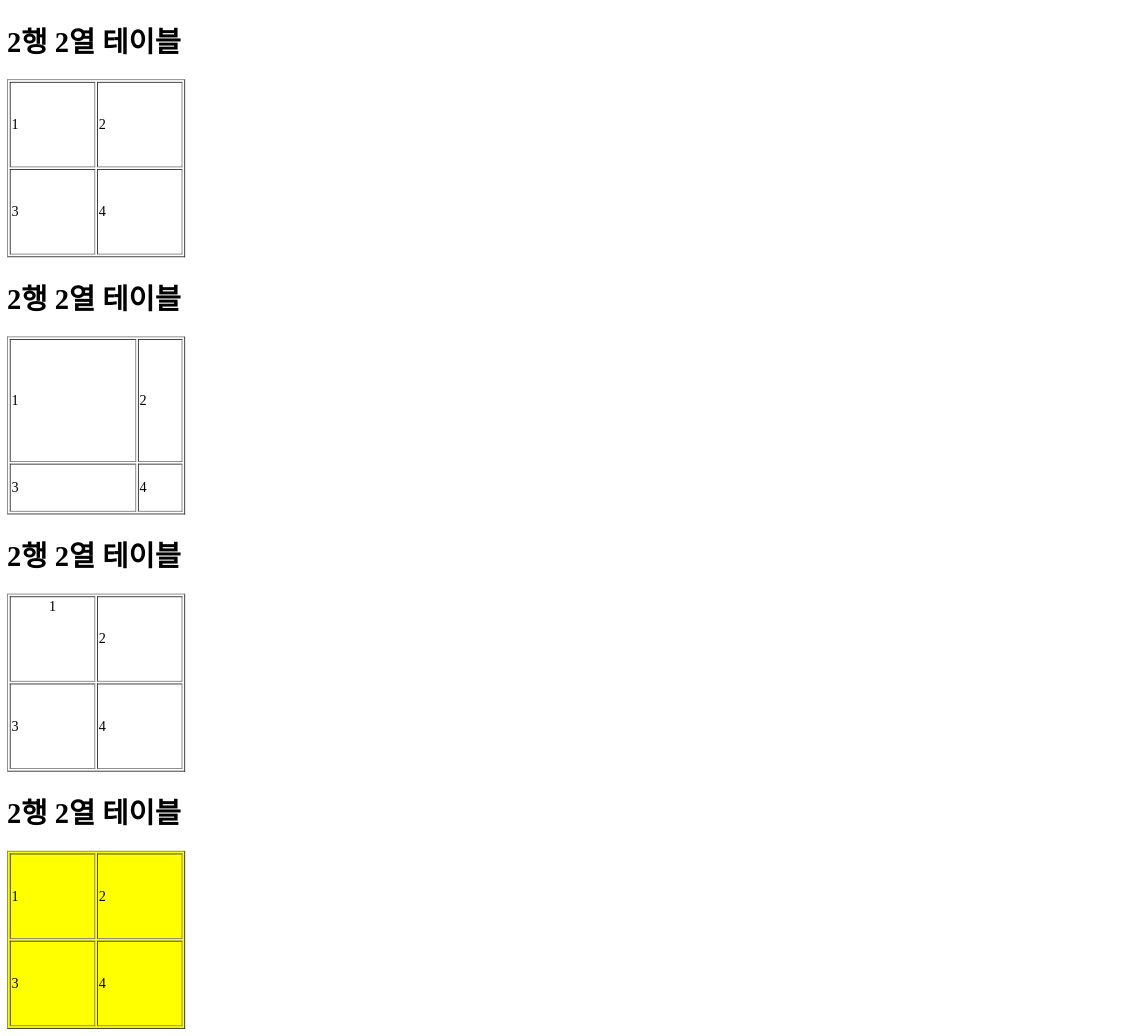
Repository: chanjin5212/Full-Stack-study
Page: client/ClientTest/src/main/webapp/html/ex15_table.html
These files come from the project's save history. The page is drawn as it stood at one moment and after the next save; the edit follows.
The browser window is 1280 px wide. The pictures show the whole page, at 89% of full size.

Above is the page before, as saved 2022-05-24 06:34:06.

After the next save:
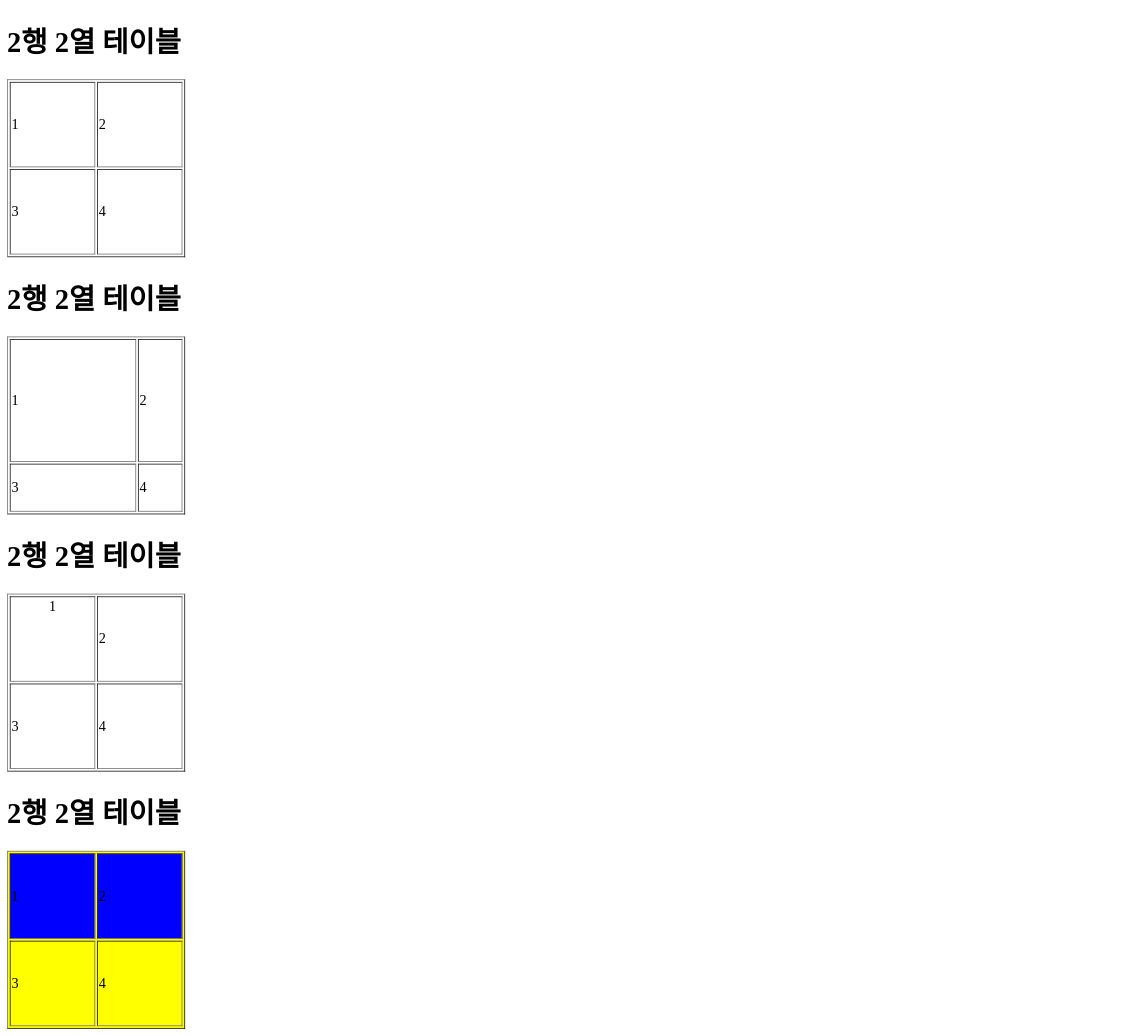
Saved 4 s later.
--- a/client/ClientTest/src/main/webapp/html/ex15_table.html
+++ b/client/ClientTest/src/main/webapp/html/ex15_table.html
@@ -71,7 +71,7 @@
 	 <h1>2행 2열 테이블</h1>
 
 	 <table border="1" width="200" height="200" bgcolor="yellow">
-	 	<tr tbcolor="blue">
+	 	<tr bgcolor="blue">
 	 		<td>1</td>
 	 		<td>2</td>
 	 	</tr>
